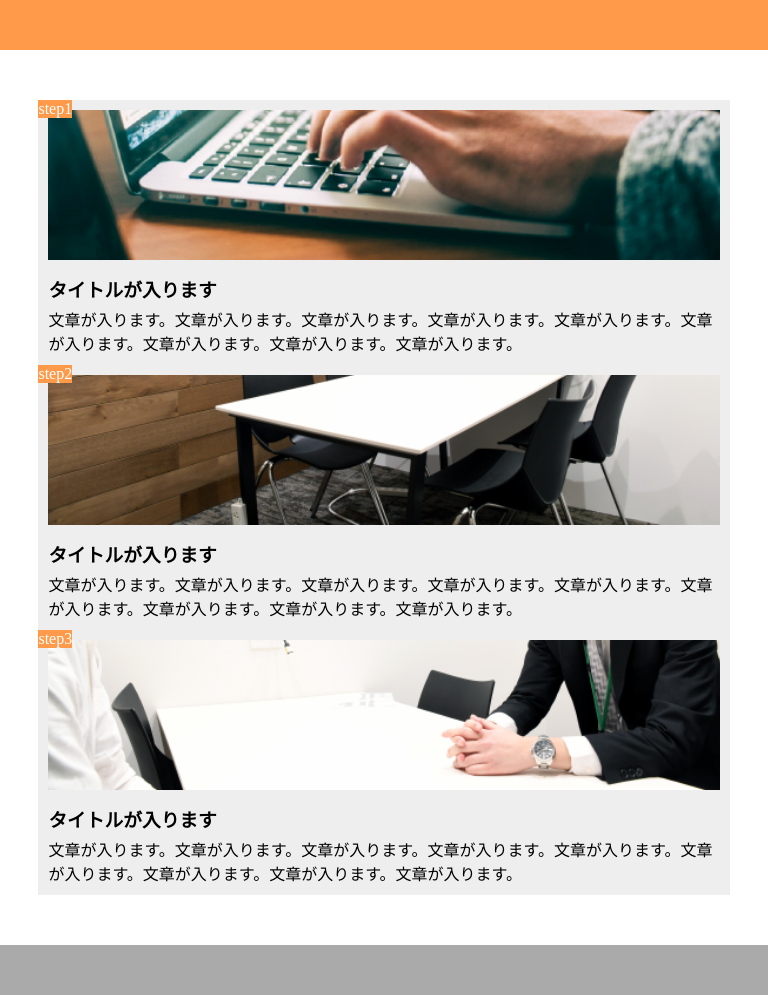
Repository: cyaomasa/java-
Page: chapter9/index9-2.html
The author's editor kept a record of every edit. The page is drawn from the files as they stood at one moment, then again after the next edit.
The browser window is 768 px wide. The pictures show the whole page.
Some web libraries are served in a nearby version.

Above is the page before.

### chapter9/index9-2.html
<!DOCTYPE html>
<html lang="ja">
  <head>
    <meta charset="UTF-8" />
    <meta name="viewport" content="width=device-width,initial-scale=1,0">

    <title>演習9</title>
    <script src="https://kit.fontawesome.com/7dea513659.js" crossorigin="anonymous"></script>
    <link rel="stylesheet" href="style9-2.css" />
  </head>

  <body>
    <header></header>
    <main>
      <div class="blog-item">
        <div class="blog-image1"></div>
          <span class="category">step1</span>
        <h3 class="title">タイトルが入ります</h3>
        <P>文章が入ります。文章が入ります。文章が入ります。文章が入ります。文章が入ります。文章が入ります。文章が入ります。文章が入ります。文章が入ります。</P>
      </div>

      <div class="blog-item">
        <div class="blog-image2"></div>
          <span class="category">step2</span>
        <h3 class="title">タイトルが入ります</h3>
        <P>文章が入ります。文章が入ります。文章が入ります。文章が入ります。文章が入ります。文章が入ります。文章が入ります。文章が入ります。文章が入ります。</P>
      </div>

      <div class="blog-item">
        <div class="blog-image3"></div>
          <span class="category">step3</span>
        <h3 class="title">タイトルが入ります</h3>
        <P>文章が入ります。文章が入ります。文章が入ります。文章が入ります。文章が入ります。文章が入ります。文章が入ります。文章が入ります。文章が入ります。</P>
      </div>
    </main>


    <footer></footer>
  </body>

### chapter9/style9-2.css
* {
  margin: 0;
  padding: 0;
  box-sizing: border-box;
}
header {
  height: 50px;
  background-color: #FF9A4B;
}

main {
  width: 960px;
  display: flex;
  margin: 50px auto;
}

.blog-item {
width: 300px;
padding: 10px;
margin-right: 30px;
background-color: #EEEEEE;
position: relative;
}

.blog-item:last-child {
  margin-right: 0;
}

.category {
  position: absolute;
  top: 0;
  left: 0;
  background-color: #FF9A4B;
  color: #FFFFFF;
}

.blog-image1 {
  background-image: url(img/flow01.png);
  height: 150px;
  background-position: bottom;
  background-size: cover;
}

.blog-image2 {
  background-image: url(img/flow02.png);
  height: 150px;
  background-position: bottom;
  background-size: cover;
}

.blog-image3 {
  background-image: url(img/flow03.png);
  height: 150px;
  background-position: bottom;
  background-size: cover;
}
.title {
  margin: 15px 0 5px;
}

footer {
  height: 50px;
  background-color: #AAAAAA;
}

@media screen and (max-width: 768px) {

header {
  width: 100%;
}

main {
  width: 100%;
  display: block;
}

.blog-item {
width: 90%;
margin-bottom: 20px;
margin: auto;
}
.category {
  position: block;
}

.blog-item:last-child {
  margin-right: auto;
}

footer {
  width: 100%;
}

}

After the next edit:
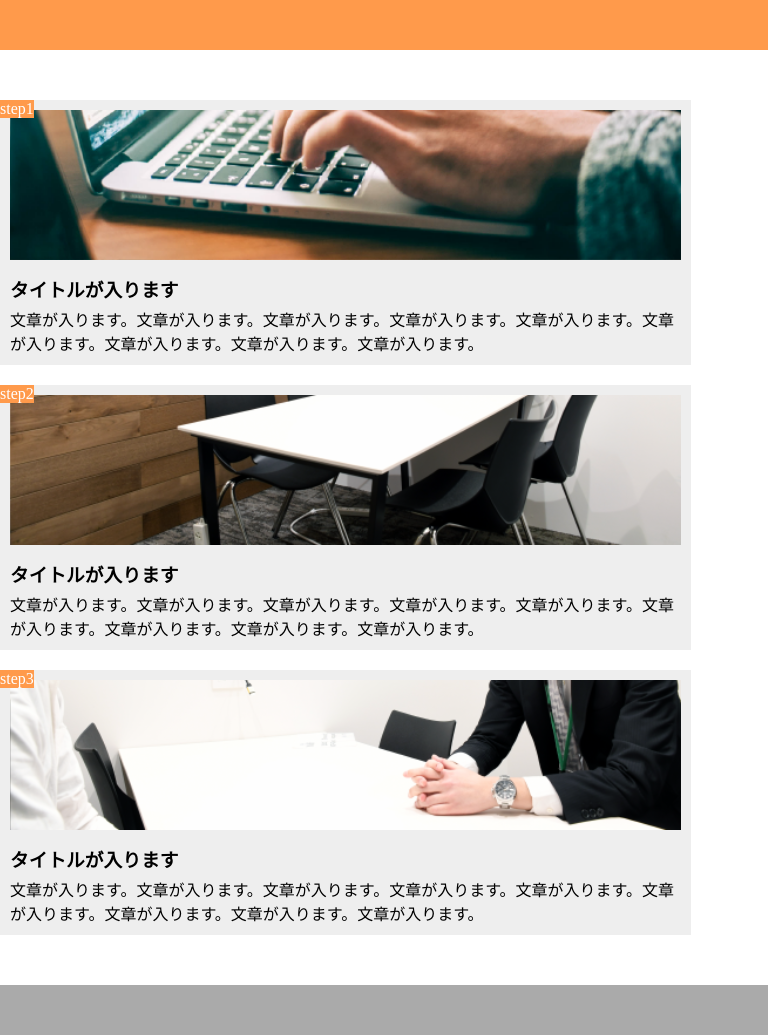
The edit:
--- a/chapter9/style9-2.css
+++ b/chapter9/style9-2.css
@@ -76,8 +76,7 @@
 
 .blog-item {
 width: 90%;
-margin-bottom: 20px;
-margin: auto;
+margin: 20px 0;
 }
 .category {
   position: block;
